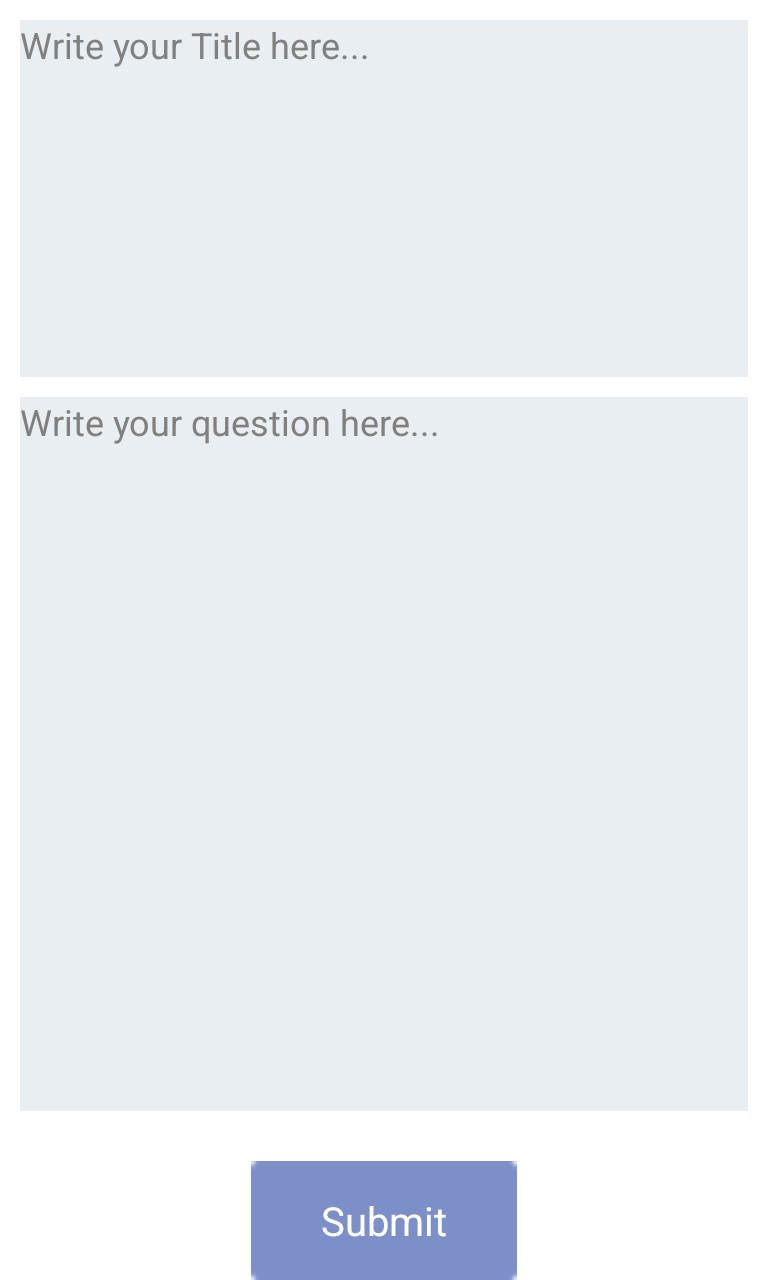
Repository: AdityaKiet/android-work2
Layout: UPTUQuestionBank/res/layout/post_question.xml
These files come from the project's save history. The layout is drawn as it stood at one moment and after a run of saves; the edit follows.
It is drawn on a 768 x 1280 px phone screen (xhdpi) without system bars, with theme AppTheme; the app's code is not run.

Above is the layout before, as saved 2015-04-25 12:58:55.

After the next 2 saves:
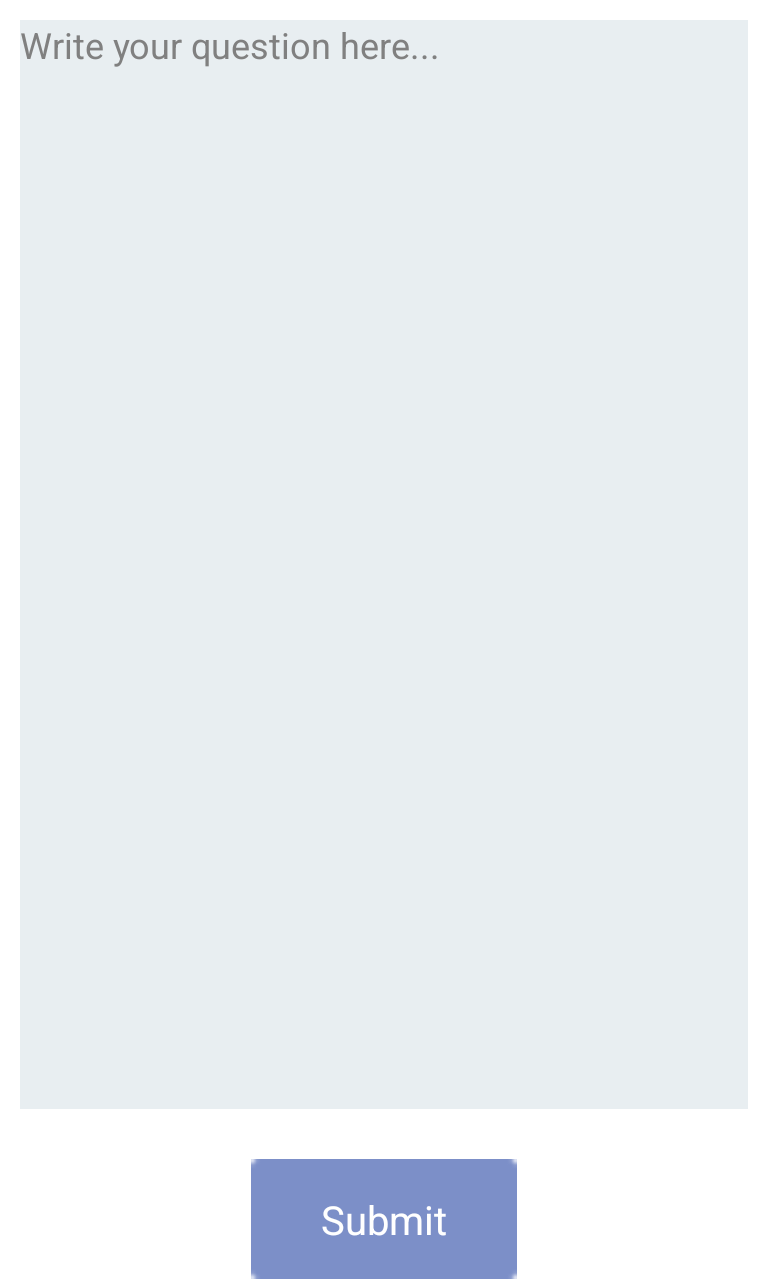
The 2 saves are shown as one change because they came seconds apart.
The last was saved 14 s later.
--- a/UPTUQuestionBank/res/layout/post_question.xml
+++ b/UPTUQuestionBank/res/layout/post_question.xml
@@ -7,21 +7,6 @@
     android:weightSum="1" >
 
     <EditText
-        android:id="@+id/etQuestionTitle"
-        android:layout_width="match_parent"
-        android:layout_height="0dip"
-        android:layout_gravity="top"
-        android:layout_marginLeft="10dp"
-        android:layout_marginRight="10dp"
-        android:layout_marginTop="10dp"
-        android:layout_weight="0.3"
-        android:background="#E8EEF1"
-        android:ems="10"
-        android:gravity="top"
-        android:hint="Write your Title here..."
-        android:textColor="#000000" />
-
-    <EditText
         android:id="@+id/etQuestionContent"
         android:layout_width="match_parent"
         android:layout_height="0dip"
@@ -29,7 +14,7 @@
         android:layout_marginLeft="10dp"
         android:layout_marginRight="10dp"
         android:layout_marginTop="10dp"
-        android:layout_weight="0.6"
+        android:layout_weight="0.9"
         android:background="#E8EEF1"
         android:ems="10"
         android:gravity="top"
